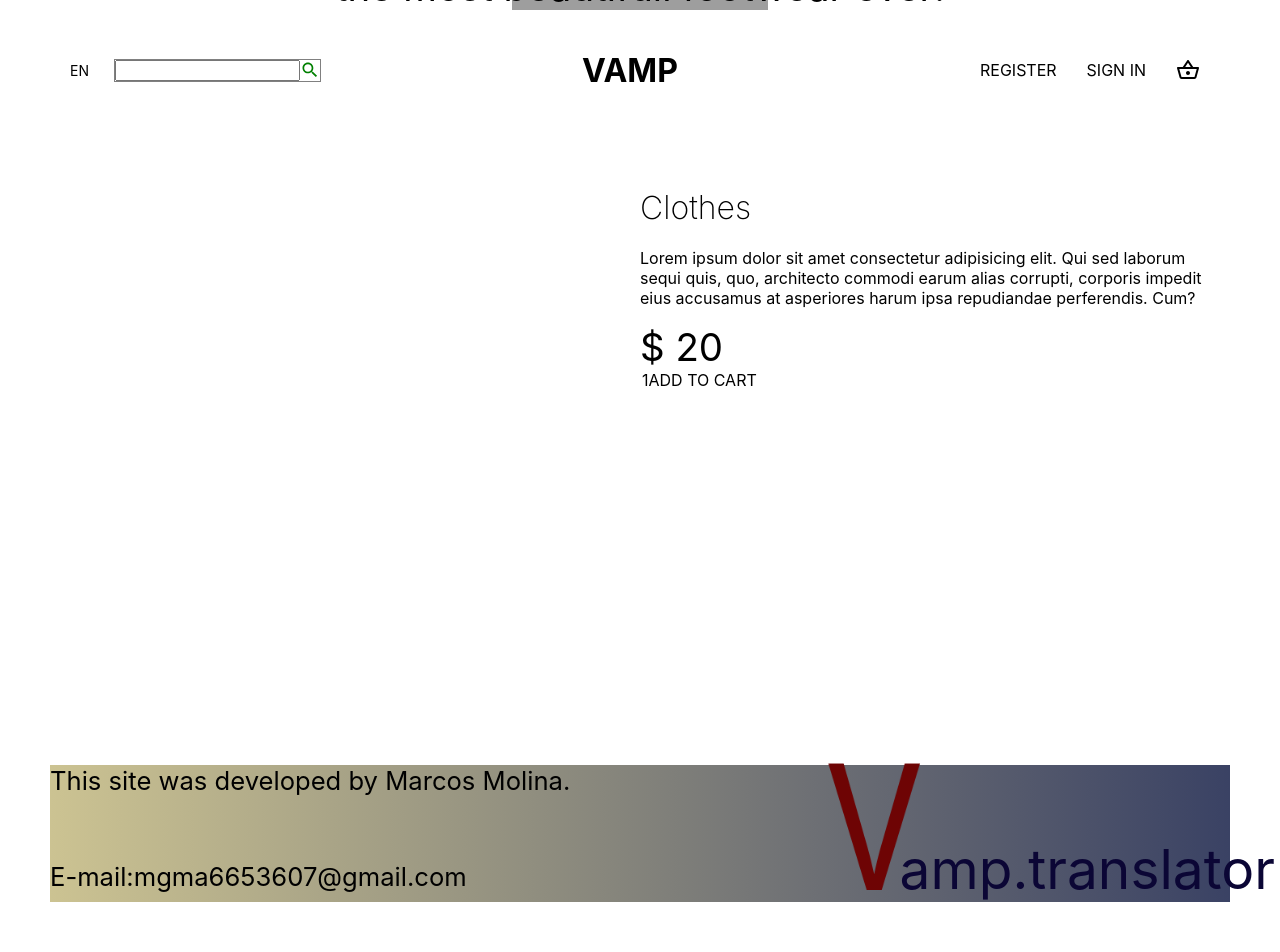
Repository: mgma2005/ecoeli
Page: /
The author's editor kept a copy of each file at every save. The page is drawn from the files as they stood at one save, then again after the next save.
The browser window is 1280 px wide. The pictures show the part of the page from y = 163 to 1115 px (the page is 1115 px tall).
Pictures or frames that could not be fetched are drawn as grey boxes. The project was rebuilt for these pictures with package versions that can differ from the ones it lists, and the page was loaded fresh each time. Also part of the build but not shown: src/App.css.

Above is the page before, as saved 2022-05-14 17:28:16.

### src/App.js

import './App.css';
//import Home from './pages/Home';
import React from 'react';
//import ProductList from './pages/ProductList';
import Product from './pages/Product';


function App() {
  return <Product />
}

export default App;

### src/pages/Product.jsx
import { Add } from "@material-ui/icons";
import { Remove } from "@material-ui/icons";
import styled from "styled-components";
//import Product from '../pages/Product';
import Announcement from "../Components/Announcement";
import Navbar from '../pages/Navbar';
import Footer from '../Components/Footer';




const Container = styled.div`
  padding: 50px;

`;

const Wrapper = styled.div`
  display: flex;
`;

const ImgContainer = styled.div`
  flex: 1;
`;

const Image = styled.div`
  width: 100%;
  height: 90vh;
  object-fit: cover;
`;

const InfoContainer = styled.div`
  flex: 1;
  padding: 0px 50 px;
`;

const Title = styled.h1`
  font-weight: 200;
  margin-top: 20%;
`;

const Desc = styled.p``;

const Price = styled.span`
  font-size: 3vw;
`;

const AddContainer = styled.option`
  display: flex;
  align-items: center;
  width: 50%;
  justify-content: space-between;
`;
const AmountContainer = styled.div`
  display: flex;
  align-items: center;
  font-weight: 700;
`;
const Amount = styled.span``;

const Button = styled.button``;





const Product = ({ item }) => {
  return (
    <Container>
        <Announcement/>
        <Navbar/>
        <Wrapper>
        <ImgContainer>
        <Image src="https://www.tactimex.com/wp-content/uploads/2018/11/Googles1.jpg"/>
        </ImgContainer>
        <InfoContainer>
          <Title>Clothes</Title>
          <Desc>Lorem ipsum dolor sit amet consectetur adipisicing elit. Qui sed laborum sequi quis, quo, architecto commodi earum alias corrupti, corporis impedit eius accusamus at asperiores harum ipsa repudiandae perferendis. Cum? </Desc>
          <Price>$ 20</Price>
          <AddContainer>

            <AmountContainer>
              <Remove/>
              <Amount>1</Amount>
              <Add/>
            </AmountContainer>
            <Button>ADD TO CART</Button>
          </AddContainer>
        </InfoContainer>
      </Wrapper>
      <Footer />
    </Container>
  );
};

export default Product;

### src/Components/Announcement.jsx
import styled from "styled-components";
import React from "react";

const Text = styled.div`
  font-size: 5vw;
  text-align: center;
  background-image: url("https://img.freepik.com/foto-gratis/bandera-argentina-sobre-fondo-blanco_532129-292.jpg?w=900");
  background-size: 20vw;
  background-repeat: no-repeat;
  background-position: center;



`

const P = styled.div`
  font-size: 3vw;
`


const Announcement = () => {
  return (
    <Text>
          Wellcome to Miss Argentina...
        <P>
          the most beautifull footwear ever!
        </P>
    </Text>
  )
}

export default Announcement

### src/pages/Navbar.jsx
import React from 'react';
import styled from 'styled-components';
import { Search, ShoppingBasketOutlined } from "@material-ui/icons";
import { Badge } from '@material-ui/core';



const Container = styled.div`
height: 60px;

`

const Wrapper = styled.div`
padding: 10px 20px;
display: flex;
align-items: center;
justify-content: space-between;

`

const Left = styled.div`
flex: 1;
display: flex;
align-items: center;
`

const Language = styled.span`
    font-size: 14px;
    cursor: pointer;
`

const SearchContainer = styled.div`
    border: 1px solid gray;
    display: flex;
    align-items: center;
    margin-left: 25px;
`

const Input = styled.input`
    border= none;
`
const Logo = styled.h1`
    font-weight: bold;
`


const Center = styled.div`
flex: 1;
text-align: center;
`
const Right = styled.div`
flex: 1;
display: flex;
align-items: center;
justify-content: flex-end;
`

const MenuItem = styled.div`
    font-size= 14px;
    cursor: pointer;
`

function Navbar() {
    return (
        <Container>
            <Wrapper>
            <Left>
               <Language>EN</Language>
               <SearchContainer>
                   <Input/>
                   <Search style={{color:"green", fontSize: 20}}/>
               </SearchContainer>
            </Left>
            <Center><Logo>VAMP</Logo></Center>
            <Right style={{padding: 5, margin: 5}}>
                <MenuItem>REGISTER</MenuItem>
                <MenuItem style={{padding: 30}}>SIGN IN</MenuItem>
                <MenuItem>
                <Badge badgecontent={4} color="primary">
                    <ShoppingBasketOutlined/>
                </Badge>
                </MenuItem>

            </Right>
            </Wrapper>
        </Container>
    );
}

export default Navbar;

### src/Components/Footer.jsx
import React from 'react';
import '../style.css';

  function Footer() {
	return (
		<div className="row">
			<div className="cont2">
				<div className="thissite">This site was developed by Marcos Molina.</div>
				<div className="email">E-mail:mgma6653607@gmail.com</div>
				<div className="col-6">
					<div className="V">V</div>
					<div className="ampi">amp.translator</div>
				</div>
			</div>
		</div>
	);
}

export default Footer;

### src/style.css
.cont2{
    margin-top: 10%;
    width: 100%;
    height: auto;
    background: linear-gradient(to right, rgb(204, 195, 146),rgb(58, 66, 100));

}

.thissite{
    font-size: 2vw;
    width: 70vw;

    margin-top: -6%;

}

.email{
    font-size: 2vw;
    align-content: center;
    margin-top: 5.5%;

}

.V{

        color: rgb(110, 4, 4);
        font-family: Courier;
        font-size: 15vw;
        margin-left: 64%;
        margin-top: -13.7%;



        animation-name: vamp;
        animation-timing-function: linear;
        animation-duration: 4s;
        -webkit-transform-origin-x: 5vw;
        animation-iteration-count: infinite;
    }
    @keyframes vamp{
        from{transform: rotateY(0deg);}
        to{transform: rotateY(360deg);}
    }


.ampi{
    font-size: 4.3vw;
    margin-left: 72%;
    margin-top: -9.5%;
    color: rgb(11, 6, 53);



}

Loaded but not shown: public/index.html (common file); src/index.js (common file); src/index.css (common file); src/reportWebVitals.js (common file)

After the next save:
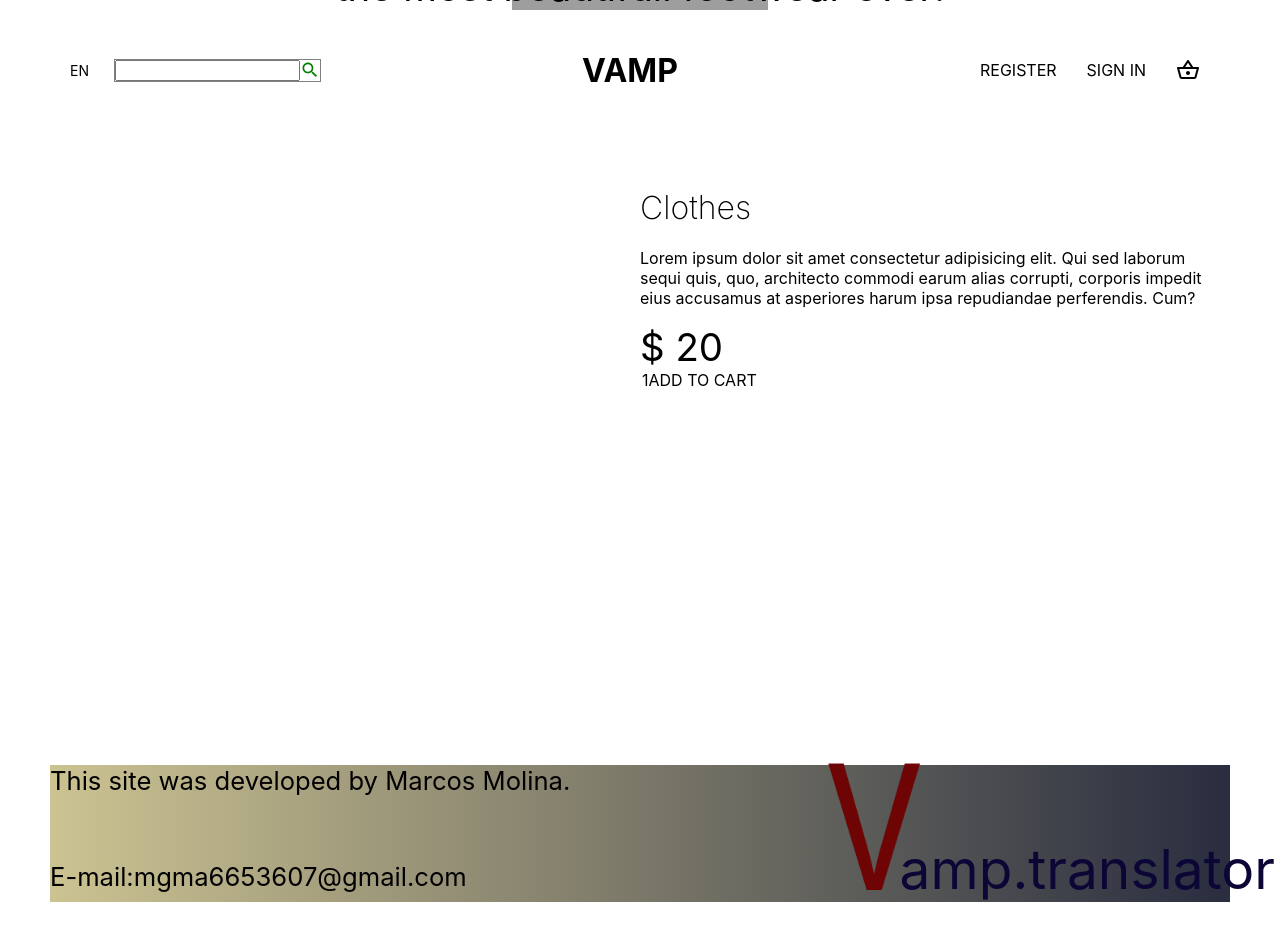
Saved 9 s later.
--- a/src/style.css
+++ b/src/style.css
@@ -2,7 +2,7 @@
     margin-top: 10%;
     width: 100%;
     height: auto;
-    background: linear-gradient(to right, rgb(204, 195, 146),rgb(58, 66, 100));
+    background: linear-gradient(to right, rgb(204, 195, 146),rgb(41, 45, 63));
 
 }
 
